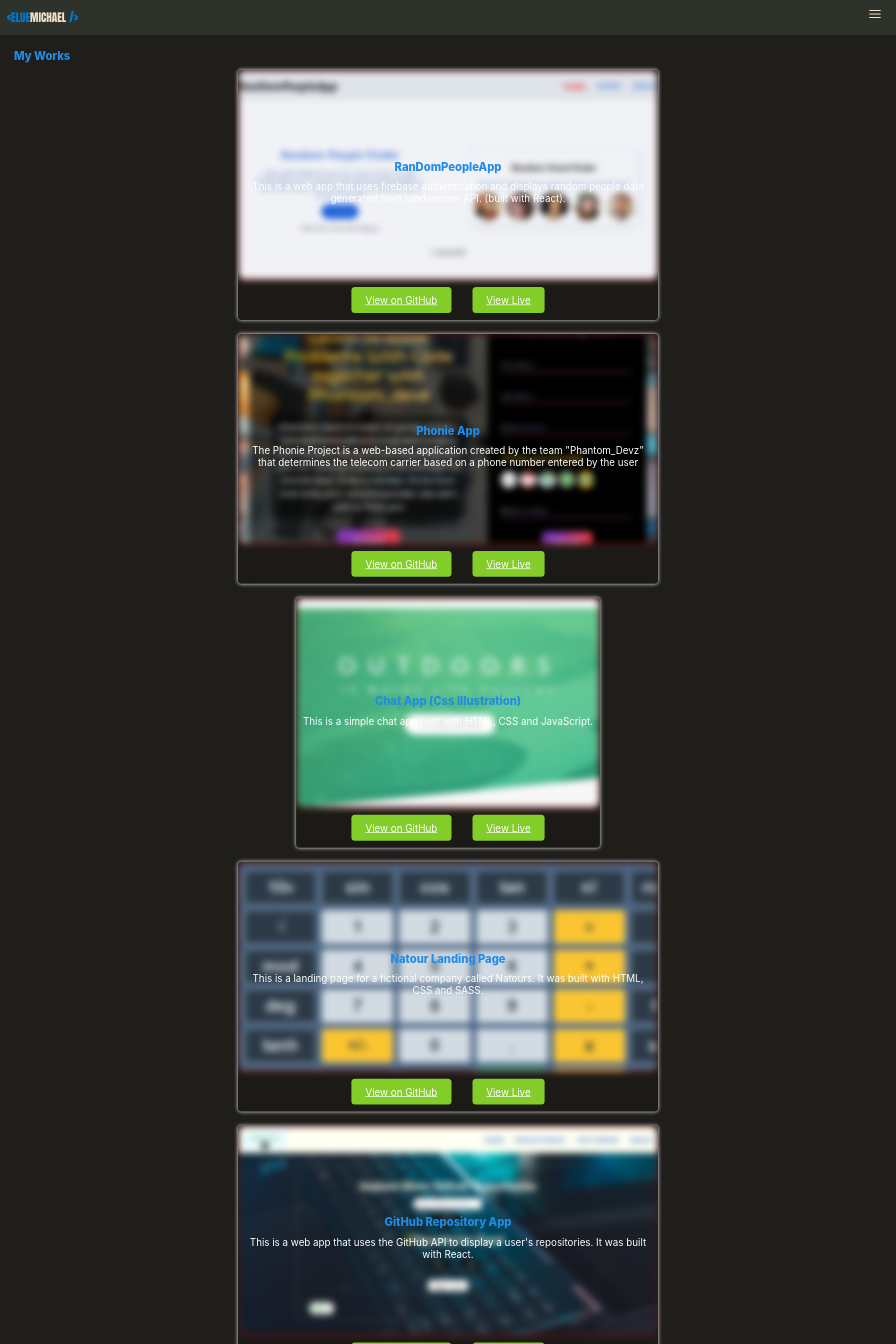
Repository: MikkyPrestige/portfolio
Page: /projects
An editor plug-in stored every save of this project. The page is shown before and after the next save, followed by the edit.
The browser window is 1280 px wide. The pictures show the part of the page from y = 0 to 1920 px (the page is 5001 px tall), at 70% of full size.
The project was rebuilt for these pictures with package versions that can differ from the ones it lists, and the page was loaded fresh each time. Also part of the build but not shown: src/components/avatar.jsx, src/components/home.jsx, src/components/about.jsx, src/components/fallback.jsx.

Above is the page before, as saved 2023-02-21 17:27:43.

### public/index.html
<!DOCTYPE html>
<html lang="en">
  <head>
    <meta charset="utf-8" />
    <link rel="icon" href="%PUBLIC_URL%/favicon.ico" />
    <meta name="viewport" content="width=device-width, initial-scale=1" />
    <meta name="theme-color" content="#000000" />
    <meta
      name="description"
      content="Web site created using create-react-app"
    />
    <link rel="apple-touch-icon" href="%PUBLIC_URL%/logo192.png" />
    <!--
      manifest.json provides metadata used when your web app is installed on a
      user's mobile device or desktop. See https://developers.google.com/web/fundamentals/web-app-manifest/
    -->
    <link rel="manifest" href="%PUBLIC_URL%/manifest.json" />
    <!--
      Notice the use of %PUBLIC_URL% in the tags above.
      It will be replaced with the URL of the `public` folder during the build.
      Only files inside the `public` folder can be referenced from the HTML.

      Unlike "/favicon.ico" or "favicon.ico", "%PUBLIC_URL%/favicon.ico" will
      work correctly both with client-side routing and a non-root public URL.
      Learn how to configure a non-root public URL by running `npm run build`.
    -->
    <title>Elue Michael Portfolio</title>
  </head>
  <body>
    <noscript>You need to enable JavaScript to run this app.</noscript>
    <div id="root"></div>
    <!--
      This HTML file is a template.
      If you open it directly in the browser, you will see an empty page.

      You can add webfonts, meta tags, or analytics to this file.
      The build step will place the bundled scripts into the <body> tag.

      To begin the development, run `npm start` or `yarn start`.
      To create a production bundle, use `npm run build` or `yarn build`.
    -->
  </body>
</html>

### src/assets/styles/sass/main.scss
@import 'abstracts/variables';
@import 'base/base';
@import 'layouts/header';
@import 'pages/home';
@import 'pages/about';
@import 'pages/projects';

// @media (prefers-reduced-motion: no-preference) {
//   .App-logo {
//     animation: App-logo-spin infinite 20s linear;
//   }
// }

// @keyframes App-logo-spin {
//   from {
//     transform: rotate(0deg);
//   }
//   to {
//     transform: rotate(360deg);
//   }
// }

### src/components/layout.jsx
import React from "react";
import { MdClose } from "react-icons/md";
import { FiMenu } from "react-icons/fi";
import { useState } from "react";
import { NavLink } from "react-router-dom";

const Layout = () => {
  return (
    <div>
      <LayoutSmall />
      <LayoutLarge />
    </div>
  );
};

const CustomNavLink = ({ to, ...props }) => {
  let activeStyle = {
    color: "var(--color--green)",
    textDecoration: "underline",
  };

  return (
    <NavLink
      to={to}
      style={({ isActive }) =>
        isActive ? activeStyle : { textDecoration: "none" }
      }
      {...props}
    />
  );
};

const LayoutSmall = () => {
  const [showMenu, setShowMenu] = useState(false);

  const toggleMenu = () => {
    setShowMenu(!showMenu);
  };

  const closeMenu = () => {
    setShowMenu(false);
  };

  return (
    <div className="layout layout--small">
      <header className="layout--header">
        <div className="layout--header__title">
          <h1 className="layout--header__title__content">
            <span className="layout--header__title__content__span">{"<"}</span>
            <span className="layout--header__title__content__span--2">
              ELUE
            </span>
            MICHAEL{" "}
            <span className="layout--header__title__content__span">{"/>"}</span>
          </h1>
        </div>
        <nav className="layout--menu">
          <button className="layout--menu__button" onClick={toggleMenu}>
            {showMenu ? <MdClose /> : <FiMenu />}
          </button>
          <div className={`layout--menu__content ${showMenu ? "show" : ""}`}>
            <ul className="layout--menu__content__list">
              <li>
                <CustomNavLink
                  to="/"
                  onClick={closeMenu}
                  className="layout--menu__content__list__item"
                >
                  <span>#</span>Home
                </CustomNavLink>
              </li>
              <li>
                <CustomNavLink
                  to="/about"
                  onClick={closeMenu}
                  className="layout--menu__content__list__item"
                >
                  <span>#</span>About me
                </CustomNavLink>
              </li>
              <li>
                <CustomNavLink
                  to="/projects"
                  onClick={closeMenu}
                  className="layout--menu__content__list__item"
                >
                  <span>#</span>Projects
                </CustomNavLink>
              </li>
              <li>
                <CustomNavLink
                  to="/contact"
                  onClick={closeMenu}
                  className="layout--menu__content__list__item"
                >
                  <span>#</span>Contact
                </CustomNavLink>
              </li>
            </ul>
          </div>
        </nav>
      </header>
    </div>
  );
};

const LayoutLarge = () => {
  return (
    <div className="layout layout--large">
      <header className="layout--header">
        <div className="layout--title">
          <h1 className="layout--title__content">
            <span className="layout--title__content__span">{"<"}</span>
            <span className="layout--header__title__content__span--2">
              ELUE
            </span>
            MICHAEL<span className="layout--title__content__span">{"/>"}</span>
          </h1>
        </div>
        <div className="layout--menu">
          <ul className="layout--menu__list">
            <li className="layout--menu__list__item">
              <CustomNavLink to="/">Home</CustomNavLink>
            </li>
            <li className="layout--menu__list__item">
              <CustomNavLink to="/about">About me</CustomNavLink>
            </li>
            <li className="layout--menu__list__item">
              <CustomNavLink to="/projects">Projects</CustomNavLink>
            </li>
            <li className="layout--menu__list__item">
              <CustomNavLink to="/contact">Contact</CustomNavLink>
            </li>
          </ul>
        </div>
      </header>
    </div>
  );
};

export { Layout, LayoutSmall, LayoutLarge };

### src/assets/styles/sass/abstracts/_variables.scss
:root {
  --color-primary: #cc4600;
  --color-secondary: #bb45cb;
  --color-tertiary: #eefff8;

  // MARK UP
  --color--markup: #FF8303;
  // TEXT
  --color--text: #F0E3CA;

  // BACKGROUND
  --color--bg: #2D322A;
  --color--bg-light: #242320;
  --color--bg-dark: #1B1A17;
  --color--bg-dark-2: #1F1E1B;
  //DARK
  --color--dark: rgba(22, 22, 22, 1);
  --color--dark-1: rgba(34, 34, 34, 1);
  --color--dark-2: rgba(45, 45, 45, 1);
  --color--dark-3: rgba(51, 51, 51, 1);
  --color--dark-4: rgba(189, 189, 189, 1);
  //WHITE
  --color--white: rgba(255, 255, 255, 1);
  --color--white-1: rgba(240, 227, 202, 1);
  --color--white-op: rgba(240, 227, 202, 0.76);

  // GRAY
  --color--gray: #ABB2BF;

  --light-blue: rgba(97, 218, 251, 1);
  --light-blue--1: #3bc9db;
  --dark-blue: rgba(0, 122, 204, 1);
  --blue-cyan: #228be6;
  --dark-blue-op: rgba(6, 6, 7, 0.82);

  --color--green: rgba(131, 205, 41, 1);

  //Font size
  --font-size: 1rem;
  --font-size--small: 1.2rem;
  --font-size--medium: 1.4rem;
  --font-size--large: 1.6rem;
  --font-size--x-large: 1.8rem;
  --font-size--xx-large: 2rem;
  // ICON FONTS
  --font-size--icon: 3rem;
  --font-size--icon-1: 3.5rem;
  --font-size--icon-2: 4rem;


  //Font family
  --font-family: 'Roboto', sans-serif;
  --font--family--primary: 'Inter', sans-serif;
  --font-family--secondary: 'Inconsolata', monospace;
  --font-family--tertiary: 'Impact', sans-serif;
  --font-family--2: 'Fira Code', monospace;

  // FONT WEIGHT
  --font-weight--light: 300;
  --font-weight--regular: 400;
  --font-weight--medium: 600;
  --font-weight--bold: 800;
  // --font-weight--boldest: 900;
}

### src/assets/styles/sass/base/_base.scss
*,
*::after,
*::before {
  margin: 0;
  padding: 0;
  box-sizing: border-box;
}

html {
  font-size: 62.5%;
  font-family: var(--font-family);
  color: var(--color-white);
  background-color: var(--color--bg);
}

::selection {
  background-color: var(--color-primary);
  color: var(--color-white);
}

### src/assets/styles/sass/layouts/_header.scss
.layout {
  width: 100%;
  height: 5rem;

  &--header {
    display: flex;
    justify-content: space-between;
    align-items: center;
    padding: 1rem;

    &__title {
      text-align: center;

      &__content {
        color: var(--color--text);
        font-family: var(--font-family--tertiary);
        font-size: var(--font-size--large);
        font-weight: var(--font-weight--regular);
        position: absolute;
        z-index: 1000;

        &__span {
          color: var(--dark-blue);
          font-size: var(--font-size--x-large);

          &--2 {
            color: var(--dark-blue);
          }
        }
      }
    }
  }

  &--menu {
    position: relative;

    &__button {
      position: fixed;
      top: 1rem;
      right: 2rem;
      z-index: 10;
      background-color: var(--color--bg);
      color: var(--color--text);
      border: none;
      font-size: var(--font-size--xx-large);
      font-weight: var(--font-weight--bold);
      cursor: pointer;
    }

    &__content {
      position: fixed;
      top: 0;
      right: 0;
      width: 0;
      max-width: 100%;
      height: 85%;
      background-color: var(--color--bg-dark);
      z-index: 5;
      overflow: hidden;

      &.show {
        width: 100%;
        transition: all 1s ease-in-out;
        -webkit-transition: all 1s ease-in-out;
        -moz-transition: all 1s ease-in-out;
        -ms-transition: all 1s ease-in-out;
        -o-transition: all 1s ease-in-out;
      }

      &__list {
        list-style: none;
        display: flex;
        flex-direction: column;
        justify-content: center;
        align-items: center;
        gap: 5rem;
        padding: 0;
        margin-top: 8rem;

        &__item {
          color: var(--dark-blue);
          font-family: var(--font-family--secondary);
          font-size: var(--font-size--large);
          font-weight: var(--font-weight--bold);
          font-style: normal;
          text-transform: capitalize;
          cursor: pointer;
          transition: all 1s ease-in-out;
          -webkit-transition: all 1s ease-in-out;
          -moz-transition: all 1s ease-in-out;
          -ms-transition: all 1s ease-in-out;
          -o-transition: all 1s ease-in-out;

          &:hover,
          &:active {
            color: var(--color--text);
          }

          span {
            color: var(--color--white-1);
          }
        }
      }
    }
  }


  &--large {
    display: none;
  }
}

### src/assets/styles/sass/pages/home.scss
.home {
  width: 100%;
  height: 100vh;
  background: radial-gradient(100% 100% at 50% 100%, var(--color--bg-dark-2) 21.52%, var(--color--bg-dark) 100%);

  &--contents {
    display: flex;
    flex-direction: column;
    justify-content: center;
    align-items: center;
    padding: 3rem 5rem;
    gap: 3rem;
  }

  &--content {
    display: flex;
    flex-direction: column;
    align-items: flex-start;
    padding: 0;
    gap: .5rem;

    &__title {
      font-family: var(--font-family--secondary);
      font-size: var(--font-size--x-large);
      font-weight: var(--font-weight--boldest);
      color: var(--dark-blue);
    }

    &__subtitle {
      font-family: var(--font-family--secondary);
      font-size: var(--font-size--large);
      font-weight: var(--font-weight--bold);
      color: var(--color--text);
    }

    &__desc {
      font-family: var(--font-family--secondary);
      font-size: var(--font-size--small);
      font-weight: var(--font-weight--regular);
      color: var(--color--white-1);
    }
  }

  &--avatar {
    border-radius: 5%;
    -webkit-border-radius: 5%;
    -moz-border-radius: 5%;
    -ms-border-radius: 5%;
    -o-border-radius: 5%;
    background-image: radial-gradient(circle, var(--blue-cyan) 5%, var(--light-blue--1) 95%);
  }
}

### src/assets/styles/sass/pages/_about.scss
.about {
  width: 100%;
  height: 100%;
  background-color: var(--color--bg-dark-2);
  color: var(--color--gray);

  &--wrapper {
    display: flex;
    flex-direction: column;
    justify-content: center;
    align-items: center;
    gap: 1rem;
  }

  &--desc {
    padding: 5rem;
    display: flex;
    flex-direction: column;
    justify-content: center;
    align-items: center;
    gap: 5rem;
  }

  &--img {
    position: relative;

    &__content1 {
      width: 3rem;
      height: 3rem;
      position: absolute;
      top: 0;
      left: 0;
      background: var(--dark-blue);
      transform: rotate(51.88deg);
    }

    &__content2 {
      width: 3rem;
      height: 3rem;
      position: absolute;
      top: 0;
      left: 0;
      background: var(--color--white-op);
    }
  }

  &--content {
    display: flex;
    flex-direction: column;
    justify-content: center;
    align-items: flex-start;
    gap: 2rem;
    font-family: var(--font-family--2);

    &__title {
      line-height: 2;

      &__head {
        font-size: var(--font-size--x-large);
        font-weight: var(--font-weight--medium);
      }

      &__span {
        color: var(--dark-blue);
      }

      &__subhead {
        font-size: var(--font-size--medium);
        font-weight: var(--font-weight--regular);
      }
    }

    &__text {
      padding-left: 3rem;
      line-height: 1.5;
      color: var(--color--text);

      &__head {
        font-size: var(--font-size--large);
        font-weight: var(--font-weight--regular);

        &__name {
          color: var(--blue-cyan);
          font-weight: var(--font-weight--medium);
        }
      }

      &__desc {
        font-size: var(--font-size--small);
        font-weight: var(--font-weight--regular);
      }
    }
  }

  &--skills {
    display: flex;
    flex-direction: column;
    justify-content: center;
    align-items: center;
    gap: 2rem;

    &__title__head {
      font-size: var(--font__title -size--x-large);
      font-weight: var(--font-weight--medium);
      color: var(--dark-blue);
      text-transform: capitalize;
    }

    &__icon {
      font-size: var(--font-size--medium);
      color: var(--color--white-1);
    }

    &__content {
      display: flex;
      flex-direction: column;
      align-items: flex-start;
      gap: 2rem;
      padding: 0;
      width: 100%;

      &__items {
        display: grid;
        grid-template-columns: repeat(2, 1fr);
        gap: 2rem 5rem;
        width: 100%;
        padding: 1rem 3rem;
        border-radius: 1rem;
        background-color: var(--color--bg-dark);

        &__card {
          display: flex;
          flex-direction: column;
          justify-content: center;
          align-items: center;
          padding: 1rem;
          width: 10rem;
          border-radius: 1rem;
          -webkit-border-radius: 1rem;
          -moz-border-radius: 1rem;
          -ms-border-radius: 1rem;
          -o-border-radius: 1rem;

          &__icon {
            font-size: var(--font-size--icon-2);
          }

          &__text {
            font-family: var(--font-family--secondary);
            font-size: var(--font-size--medium);
            font-weight: var(--font-weight--medium);
            color: var(--color--white-1);
          }
        }
      }
    }
  }
}

### src/assets/styles/sass/pages/_projects.scss
.project {
  padding: 2rem;
  background-color: var(--color--bg-dark-2);

  &--title {
    font-family: var(--font--family--secondary);
    font-size: var(--font-size--large);
    font-weight: var(--font-weight--bold);
    color: var(--blue-cyan);
    margin-bottom: 1rem;
  }

  &--wrapper {
    display: grid;
    grid-template-columns: repeat(1, 1fr);
    gap: 2rem;
    width: 100%;
  }

  &--card {
    background-color: var(--color--bg-dark);
    margin: auto;
    padding: 1rem;
    border-radius: 0.5rem;
    box-shadow: 0 0 0.5rem 0.1rem var(--color--dark-4);
    transition: all 0.3s ease-in-out;
    position: relative;
    display: flex;
    flex-direction: column;
    justify-content: center;
    align-items: center;
    // height: 100%;
    max-width: 60rem;
    overflow-y: hidden;

    &:hover {
      transform: translateY(-0.5rem);
      box-shadow: 0 0 0.5rem 0.1rem var(--color--dark-4);
    }

    &__blur {
      position: absolute;
      top: 0;
      left: 0;
      width: 100%;
      height: 30rem;
      border-radius: 1rem;
      border: 1px solid red;
      background-size: cover;
      background-position: center;
      background-repeat: no-repeat;
      filter: blur(0.5rem);
      // z-index: -1;

      &-1 {
        background-image: url(../../../images/randomApp.jpeg);
      }

      &-2 {
        background-image: url(../../../images/phonieApp.jpeg);
      }

      &-3 {
        background-image: url(../../../images/natours.jpeg);
      }

      &-4 {
        background-image: url(../../../images/calculator.jpeg);
      }

      &-5 {
        background-image: url(../../../images/repoApp.jpeg);
      }

      &-6 {
        background-image: url(../../../images/fylo.jpeg);
      }

      &-7 {
        background-image: url(../../../images/orderCard.jpeg);
      }

      &-8 {
        background-image: url(../../../images/phonyApp.jpeg);
      }

      &-9 {
        background-image: url(../../../images/ratingApp.jpeg);
      }

      &-10 {
        background-image: url(../../../images/chatAppCss.jpeg);
      }

      &-11 {
        background-image: url(../../../images/trillo.jpeg);
      }

      &-12 {
        background-image: url(../../../images/statsCard.jpeg);
      }

      &-13 {
        background-image: url(../../../images/phonyApp.jpeg);
      }

      &-14 {
        background-image: url(../../../images/shoebrand.jpeg);
      }
    }

    &__content {
      height: 30rem;
      width: 100%;
      display: flex;
      flex-direction: column;
      justify-content: center;
      align-items: center;
      gap: 1rem;
      position: relative;
      top: 0;
      left: 0;

      &__title {
        font-family: var(--font--family--secondary);
        font-size: var(--font-size--large);
        font-weight: var(--font-weight--bold);
        color: var(--blue-cyan);
      }

      &__desc {
        font-family: var(--font--family--secondary);
        font-size: var(--font-size--medium);
        font-weight: var(--font-weight--regular);
        color: var(--color--white);
        text-align: center;
      }
    }

    &__links {
      display: flex;
      justify-content: center;
      align-items: center;
      gap: 3rem;

      &__link {
        padding: 1rem 2rem;
        background-color: var(--color--green);
        border-radius: 0.5rem;
        font-family: var(--font--family--secondary);
        font-size: var(--font-size--medium);
        font-weight: var(--font-weight--regular);
        color: var(--color--white);
        transition: all 0.3s ease-in-out;

        &:hover {
          color: var(--blue-cyan);
        }
      }
    }
  }
}

Loaded but not shown: src/index.css (common file); src/reportWebVitals.js (common file); src/index.js (21 lines, source omitted); src/App.js (22 lines, source omitted); src/components/projects.jsx (409 lines, source omitted)

After the next save:
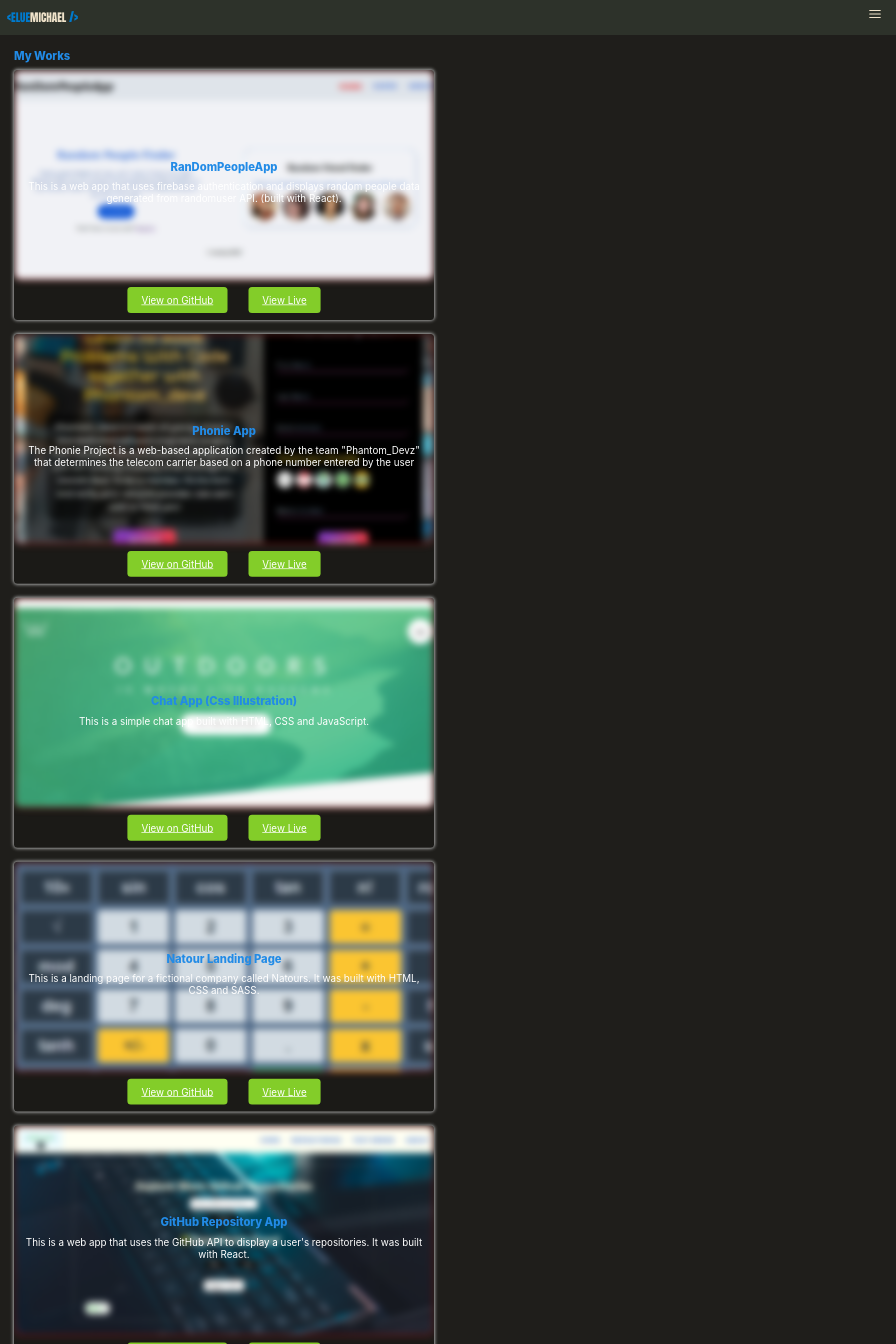
Saved 19 s later.
--- a/src/assets/styles/sass/pages/_projects.scss
+++ b/src/assets/styles/sass/pages/_projects.scss
@@ -19,7 +19,7 @@
 
   &--card {
     background-color: var(--color--bg-dark);
-    margin: auto;
+    // margin: auto;
     padding: 1rem;
     border-radius: 0.5rem;
     box-shadow: 0 0 0.5rem 0.1rem var(--color--dark-4);
